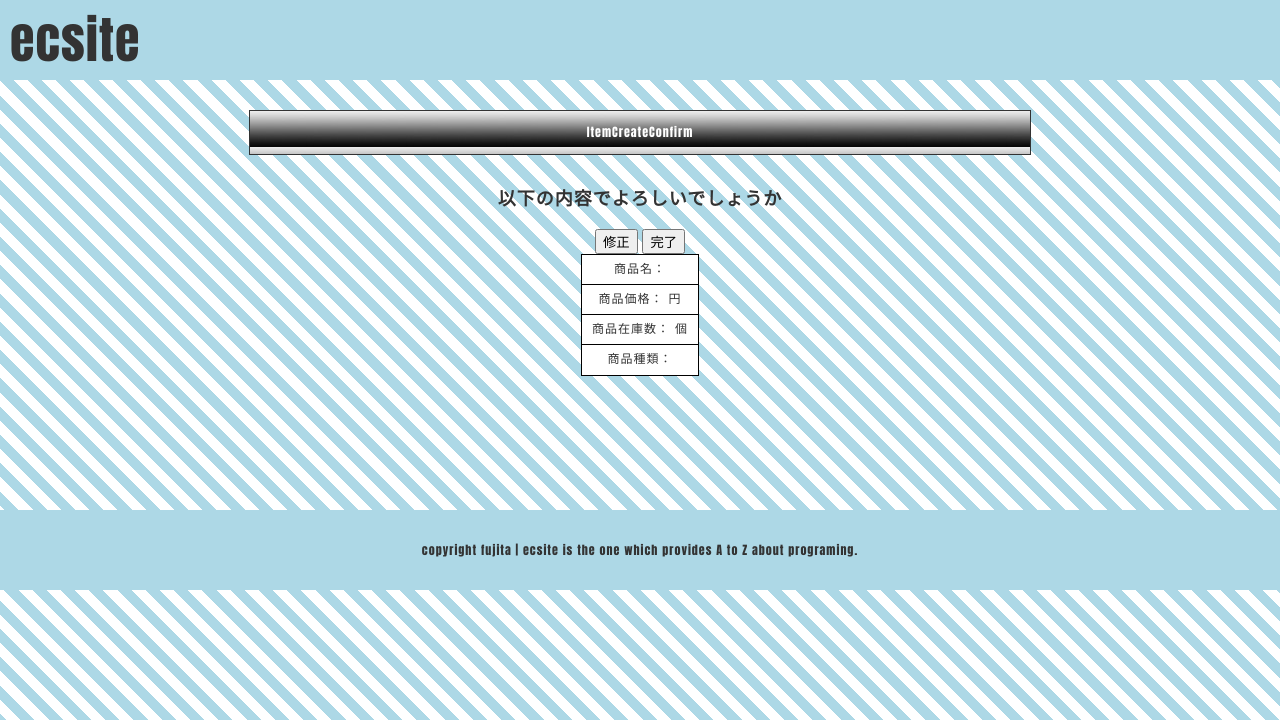
Repository: ryousukefujita-0423/test
Page: http://localhost/ecsite/itemCreateConfirm.jsp
The author's editor kept a copy of each file at every save. The page is drawn from the files as they stood at one save, then again after the next save.
The browser window is 1280 px wide. The pictures show the whole page.
Some web libraries are served in a nearby version. The page is served by Tomcat 9.

Above is the page before, as saved 2019-03-22 04:31:38.

After the next save:
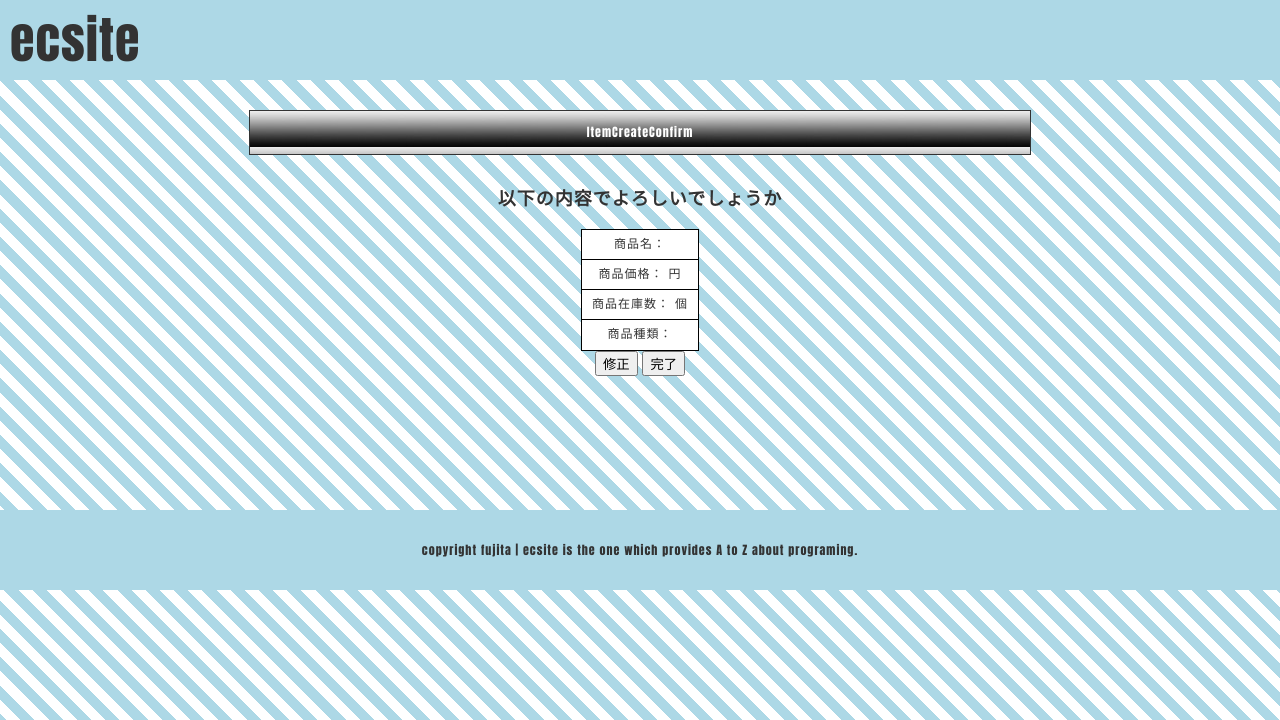
Saved 32 s later.
--- a/ecsite/WebContent/itemCreateConfirm.jsp
+++ b/ecsite/WebContent/itemCreateConfirm.jsp
@@ -29,19 +29,20 @@
 		</div>
 		<h2>以下の内容でよろしいでしょうか</h2>
 		<s:form>
-			<tr>
-				<td>商品名： <s:property value="session.new_item_name" /></td>
-			</tr>
-			<tr>
-				<td>商品価格： <s:property value="session.new_item_price" /><span>円</span>
-				</td>
-			</tr>
-			<tr>
-				<td>商品在庫数： <s:property value="session.new_item_stock" /><span>個</span>
-				</td>
-			</tr>
-			<tr>
-				<td>商品種類： <s:if test="session.new_item_type == 1">
+			<table>
+				<tr>
+					<td>商品名： <s:property value="session.new_item_name" /></td>
+				</tr>
+				<tr>
+					<td>商品価格： <s:property value="session.new_item_price" /><span>円</span>
+					</td>
+				</tr>
+				<tr>
+					<td>商品在庫数： <s:property value="session.new_item_stock" /><span>個</span>
+					</td>
+				</tr>
+				<tr>
+					<td>商品種類： <s:if test="session.new_item_type == 1">
 				文房具
 				</s:if> <s:elseif test="session.new_item_type == 2">
 				書籍
@@ -54,7 +55,8 @@
 				</s:elseif> <s:elseif test="session.new_item_type == 6">
 				日用雑貨
 				</s:elseif></td>
-			</tr>
+				</tr>
+			</table>
 			<div>
 				<input type="button" value="修正"
 					onclick="submitAction('ItemCreateAction')" /> <input type="button"
